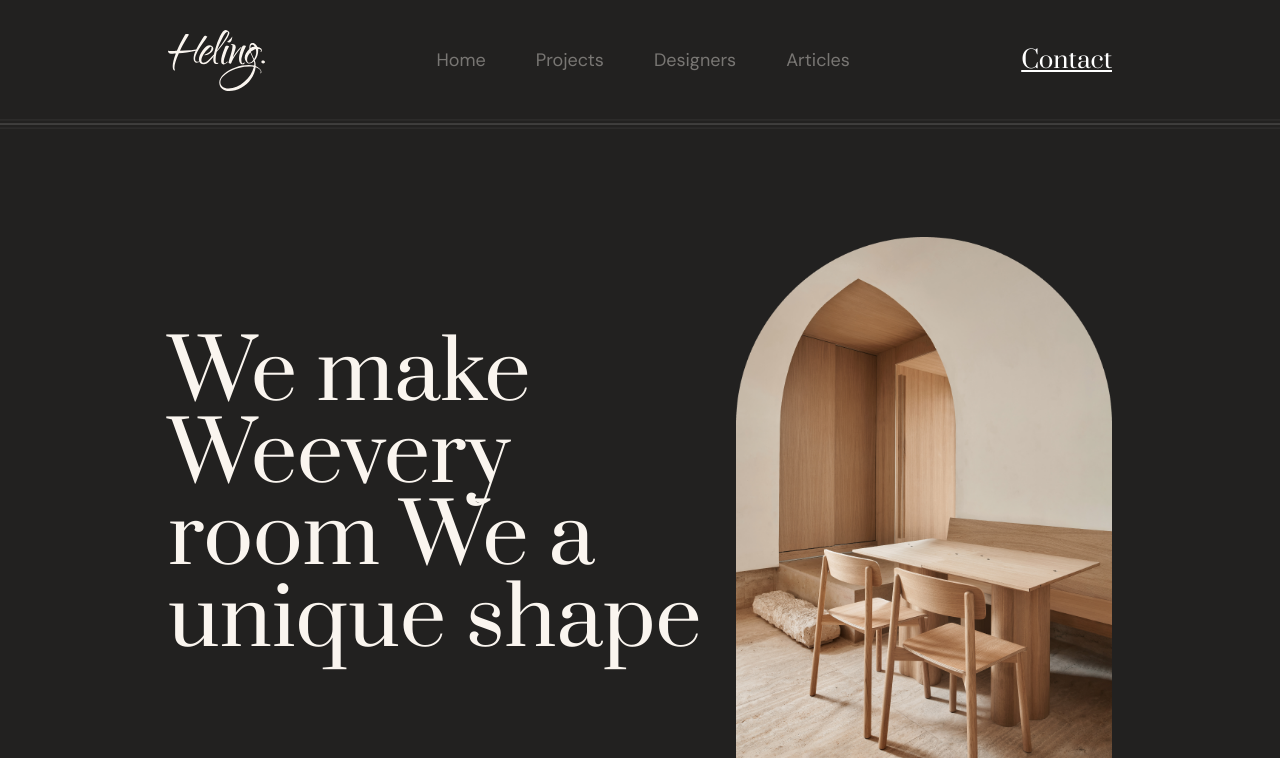
Repository: vandangnhathung/healingui_website
Page: /
These files come from the project's save history. The page is drawn as it stood at one moment and after a run of saves; the edit follows.
The browser window is 1280 px wide. The pictures show the whole page.
The project was rebuilt for these pictures with package versions that can differ from the ones it lists, and the page was loaded fresh each time. Also part of the build but not shown: src/App.css.

Above is the page before, as saved 2022-03-16 13:04:48.

### src/App.js
import "./App.css";
import Container from "./components/Container/Container";
import Header from "./components/Header/Header";
function App() {
  return (
    <div>
      <Header></Header>
      <Container></Container>
    </div>
  );
}

export default App;

### src/components/Container/Container.js
import React from "react";
import styled from "styled-components";
import Image1 from "../../Images/Image1.png";
const Container = () => {
  const StyledContainer = styled.div`
    background-color: #222120;
    @import url("https://fonts.googleapis.com/css2?family=DM+Sans:wght@400;500;700&display=swap");
    font-family: "DM Sans", sans-serif;
    @import url("https://fonts.googleapis.com/css2?family=Prata&display=swap");
  `;
  const Container = styled.div`
    padding: 108px 168px 0;
    display: flex;
    align-items: center;
    justify-content: space-between;
    gap: 0 32px;
  `;
  const Slogan = styled.h2`
    letter-spacing: -2%;
    font-size: 82px;
    line-height: 1;
    font-family: "Prata", serif;
    color: #faf5ef;
    max-width: 724px; ;
  `;
  const Image1Div = styled.img`
    width: auto;
    height: auto;
  `;
  return (
    <StyledContainer>
      <Container>
        <div>
          <Slogan>
            We make <span>We</span>every room <span>We</span> a unique shape
          </Slogan>
        </div>
        <div>
          <Image1Div src={Image1} alt="" />
        </div>
      </Container>
    </StyledContainer>
  );
};

export default Container;

### src/components/Header/Header.js
import React from "react";
import styled from "styled-components";
import headerLine from "../../Images/header-line.png";
const Header = () => {
  const StyledHeader = styled.div`
    background-color: #222120;
    @import url("https://fonts.googleapis.com/css2?family=DM+Sans:wght@400;500;700&display=swap");
    font-family: "DM Sans", sans-serif;
    @import url("https://fonts.googleapis.com/css2?family=Prata&display=swap");
  `;
  const Header = styled.div`
    display: flex;
    justify-content: space-between;
    align-items: center;
    padding: 30px 168px 28px;
  `;
  const ListNav = styled.ul`
    color: #faf5ef;
    opacity: 0.4;
    font-weight: 400;
    font-size: 18px;
    line-height: 0.6;
    display: flex;
    align-items: center;
    list-style: none;
    gap: 0 50px;
  `;
  const ItemNav = styled.li`
    cursor: pointer;
  `;
  const ContactDiv = styled.h3`
    font-family: "Prata", serif;
  `;
  return (
    <StyledHeader>
      <Header>
        <div>
          <svg
            width="97"
            height="61"
            viewBox="0 0 97 61"
            fill="none"
            xmlns="http://www.w3.org/2000/svg"
          >
            <path
              d="M0.241098 20.6943L1.38631 20.9951C5.56534 20.9951 8.05669 20.9349 8.86035 20.8146C11.1106 15.6009 13.8832 10.1667 17.1782 4.51183C17.4595 4.23109 18.1426 4.09073 19.2276 4.09073C20.3125 4.09073 20.855 4.35141 20.855 4.87278L17.9618 9.50493C15.5508 13.5957 13.5618 17.3254 11.9946 20.6943L21.9399 20.213C23.4267 20.1328 25.5162 19.8922 28.2085 19.4911C29.856 16.2827 31.6039 13.2147 33.4523 10.287C35.3008 7.3192 36.4661 5.8353 36.9483 5.8353C37.4305 5.8353 37.9327 5.95562 38.4551 6.19625C39.0177 6.39678 39.299 6.61736 39.299 6.85799C38.8569 7.45956 38.3547 8.14135 37.7921 8.90335C37.2697 9.66535 36.7272 10.4274 36.1647 11.1893C30.1372 19.2104 27.1235 25.1861 27.1235 29.1164C27.1235 30.9211 27.8468 31.8235 29.2934 31.8235L31.3427 31.5227C31.4633 31.5227 31.5236 31.5628 31.5236 31.643C31.5236 31.8435 31.1619 32.0641 30.4386 32.3047C29.7153 32.5855 29.1528 32.7258 28.7509 32.7258C27.8267 32.7258 27.0632 32.3248 26.4605 31.5227C25.8979 30.7206 25.6167 29.7179 25.6167 28.5148C25.6167 26.2288 26.2998 23.6621 27.666 20.8146C21.1563 22.3787 15.5508 23.1607 10.8494 23.1607C7.91605 29.6177 6.44937 34.4303 6.44937 37.5986C6.44937 38.5611 6.56992 39.263 6.81102 39.7041C7.05211 40.1453 7.17266 40.406 7.17266 40.4862C7.17266 40.5664 7.07221 40.6065 6.87129 40.6065C5.4247 40.6065 4.70141 39.1026 4.70141 36.0947C4.70141 33.0868 5.74617 28.8757 7.83568 23.4615C5.50507 23.622 3.87766 23.7022 2.95345 23.7022C0.984483 23.7022 0 22.7597 0 20.8748C0 20.7544 0.0803659 20.6943 0.241098 20.6943Z"
              fill="#FAF5EF"
            />
            <path
              d="M46.2833 24.1834C46.5244 24.1834 46.6449 24.2837 46.6449 24.4842C46.6449 24.6446 46.6047 24.8051 46.5244 24.9655C42.3052 31.1016 38.8092 34.1696 36.0366 34.1696C32.6211 34.1696 30.9133 32.5855 30.9133 29.4172C30.9133 26.9707 32.1188 24.003 34.5297 20.5138C36.9809 17.0247 39.3517 15.2801 41.6421 15.2801C42.6065 15.2801 43.4504 15.6009 44.1737 16.2426C44.9371 16.8442 45.3189 17.5861 45.3189 18.4684C45.3189 19.9924 44.3746 21.4964 42.486 22.9803C40.5974 24.4642 38.7691 25.2061 37.001 25.2061C36.6394 25.2061 36.4585 25.1259 36.4585 24.9655L36.6394 24.6647C41.2604 23.2209 43.5709 20.8547 43.5709 17.5661C43.5709 17.0848 43.4102 16.8442 43.0887 16.8442C42.6065 16.8442 41.8029 17.3054 40.6777 18.2278C38.7088 19.832 37.001 21.8373 35.5544 24.2436C34.1078 26.6499 33.3845 28.6752 33.3845 30.3195C33.3845 31.9638 34.0074 32.786 35.253 32.786C36.6594 32.786 38.2467 32.044 40.0147 30.5602C41.1398 29.5174 42.4458 28.1939 43.9326 26.5897C45.4595 24.9855 46.2431 24.1834 46.2833 24.1834Z"
              fill="#FAF5EF"
            />
            <path
              d="M49.0196 33.0868L49.984 32.786C50.1849 32.786 50.2854 32.8863 50.2854 33.0868C50.2854 33.7285 49.5822 34.0493 48.1758 34.0493C46.247 34.0493 45.2826 32.4451 45.2826 29.2367C45.2826 27.1111 45.9255 23.7423 47.2114 19.1302C48.4973 14.478 50.1247 10.1266 52.0936 6.07593C54.0626 2.02531 55.8307 0 57.3978 0C58.2818 0 59.1658 0.300787 60.0499 0.902364C60.9339 1.46384 61.3759 2.08547 61.3759 2.76726C61.3759 5.65483 57.1165 12.0717 48.5977 22.0177C47.9146 24.9855 47.573 27.5723 47.573 29.7781C47.573 31.9839 48.0552 33.0868 49.0196 33.0868ZM59.9293 2.58678C59.9293 2.10552 59.7887 1.86489 59.5074 1.86489C58.3019 1.86489 56.5539 4.01052 54.2635 8.30177C51.9731 12.5529 50.2251 16.6035 49.0196 20.4536C56.2928 10.9487 59.9293 4.9931 59.9293 2.58678Z"
              fill="#FAF5EF"
            />
            <path
              d="M64.165 6.73767C64.2454 6.73767 64.2856 6.83793 64.2856 7.03846L63.9842 8.78304C63.3814 11.2696 62.4572 12.5128 61.2116 12.5128C60.2873 12.5128 59.5641 12.2722 59.0417 11.7909C60.5686 10.7482 62.2764 9.06377 64.165 6.73767ZM61.0307 16.6035C59.7851 18.7291 58.5997 21.4362 57.4745 24.7248C56.3494 27.9734 55.7869 30.2193 55.7869 31.4625C55.7869 32.7058 56.048 33.3274 56.5704 33.3274C56.9321 33.3274 57.3942 33.1068 57.9567 32.6657C58.5193 32.2245 58.8609 31.9438 58.9814 31.8235C59.102 31.7032 59.2426 31.5828 59.4033 31.4625C59.5641 31.4625 59.6444 31.5427 59.6444 31.7032C59.6444 32.1844 59.0618 32.7459 57.8965 33.3876C56.7713 34.0694 55.9476 34.4103 55.4252 34.4103C53.8983 34.4103 53.1348 33.3074 53.1348 31.1016C53.1348 27.8129 54.3403 23.4214 56.7512 17.927C56.7512 17.7666 56.8517 17.4658 57.0526 17.0247C57.2937 16.5835 57.4745 16.3028 57.5951 16.1824C57.8764 15.9017 58.2581 15.7613 58.7403 15.7613C60.1467 15.7613 60.9102 16.0421 61.0307 16.6035Z"
              fill="#FAF5EF"
            />
            <path
              d="M78.0084 16.3629C78.0084 16.2025 77.9079 16.3028 77.707 16.6637C76.5819 18.7091 75.5773 21.1755 74.6933 24.0631C73.8092 26.9507 73.3672 28.8356 73.3672 29.7179C73.3672 32.1644 73.8092 33.3876 74.6933 33.3876C74.9745 33.3876 75.3362 33.187 75.7782 32.786C76.2604 32.425 76.4613 32.2446 76.381 32.2446C76.5015 32.2446 76.5618 32.405 76.5618 32.7258C76.5618 33.7686 75.959 34.2899 74.7535 34.2899C73.548 34.2899 72.6238 33.7485 71.9809 32.6657C71.338 31.6229 71.0165 30.119 71.0165 28.1538C71.0165 26.1887 71.5389 23.6019 72.5837 20.3935C73.6284 17.145 74.633 15.5207 75.5974 15.5207H75.8988C77.3052 15.5207 78.0084 15.8014 78.0084 16.3629ZM73.307 16.9645C73.3471 17.0046 73.3672 17.0848 73.3672 17.2051C73.3672 17.2853 73.2065 17.526 72.885 17.927C68.5453 23.1808 65.5315 27.6726 63.8439 31.4024L63.3014 32.9665C63.0603 33.4076 62.7589 33.6282 62.3973 33.6282C62.0356 33.6282 61.6338 33.5279 61.1918 33.3274C60.7498 33.1269 60.5288 32.8863 60.5288 32.6055C60.5288 31.9237 61.1918 29.5174 62.5178 25.3866C63.8439 21.2156 64.5069 18.0874 64.5069 16.002C64.5069 15.4405 64.3662 15.0996 64.085 14.9793C63.8037 14.859 63.5224 14.8189 63.2411 14.859C62.9598 14.859 62.8192 14.7587 62.8192 14.5582C62.8192 14.1972 63.1206 14.0168 63.7233 14.0168C66.4156 14.0168 67.7617 15.1197 67.7617 17.3254C67.7617 18.1676 66.7973 21.4362 64.8685 27.1312C66.6366 24.3639 68.3444 21.9776 69.9919 19.9724C71.6394 17.9671 72.7444 16.9645 73.307 16.9645Z"
              fill="#FAF5EF"
            />
            <path
              d="M86.7293 30.3797C87.3321 31.5026 87.6334 33.0066 87.6334 34.8915C87.6334 35.2926 87.6134 35.6736 87.5732 36.0345C89.2207 36.7163 90.5869 37.5986 91.6718 38.6815C92.797 39.7643 93.3595 40.787 93.3595 41.7495C93.3595 42.7521 93.1184 43.2534 92.6362 43.2534C92.5157 43.2534 92.4152 43.1331 92.3349 42.8925C92.6563 42.4513 92.817 42.0302 92.817 41.6292C92.817 40.787 92.2746 39.9448 91.1896 39.1026C90.1047 38.2604 88.9193 37.6387 87.6334 37.2377C87.1512 41.3685 85.6042 45.2587 82.9923 48.9083C80.4206 52.598 77.1658 55.5256 73.2278 57.6913C69.2899 59.8971 65.2515 61 61.1127 61C58.2999 61 55.9692 60.2179 54.1208 58.6538C52.2322 57.0897 51.2879 54.9241 51.2879 52.1568C51.2879 49.4296 52.835 46.6824 55.9291 43.9152C59.0232 41.188 62.8606 39.0223 67.4415 37.4181C71.9822 35.8139 76.4425 35.0118 80.8224 35.0118C82.8718 35.0118 84.6197 35.1923 86.0663 35.5533C86.227 35.072 86.3074 34.6308 86.3074 34.2298C86.3074 32.8662 86.1467 31.9037 85.8252 31.3422C84.2581 32.786 82.8316 33.5079 81.5457 33.5079C80.2599 33.5079 79.1347 32.8863 78.1704 31.643C77.206 30.3997 76.7238 29.0763 76.7238 27.6726C76.7238 24.8652 78.2708 21.9576 81.3649 18.9497C81.3649 16.6637 81.606 15.1197 82.0882 14.3176C82.6106 13.5154 83.5549 13.1144 84.9211 13.1144C86.3275 13.1144 87.8545 14.4379 89.502 17.0848C92.3951 17.6062 93.8417 18.669 93.8417 20.2732C93.8417 20.6341 93.7212 21.0151 93.4801 21.4162C93.2792 21.7771 93.0581 21.9576 92.817 21.9576C92.5759 21.9576 92.4554 21.8774 92.4554 21.717C92.8572 21.4362 93.0581 21.1154 93.0581 20.7544C93.0581 19.5513 92.0938 18.9497 90.165 18.9497C90.2052 19.2705 90.2253 19.6916 90.2253 20.213C90.2253 24.0631 89.0599 27.452 86.7293 30.3797ZM86.6691 16.784C86.1065 15.4605 85.2627 14.7988 84.1375 14.7988C83.0124 14.7988 82.4498 15.8817 82.4498 18.0473V18.1075C83.7759 17.2252 85.0216 16.784 86.1869 16.784H86.6691ZM88.2362 22.0177C88.2362 20.8948 88.0554 19.8922 87.6937 19.0099C87.0106 19.2505 86.0261 19.7117 84.7403 20.3935C83.4946 21.0352 82.8718 21.4964 82.8718 21.7771C82.8718 22.098 83.9366 24.4842 86.0663 28.9359C87.5129 26.8504 88.2362 24.5444 88.2362 22.0177ZM79.0745 29.6578C79.0745 31.7433 79.8781 32.786 81.4854 32.786C82.8918 32.786 84.2179 31.8034 85.4636 29.8383L82.3293 22.3787C81.4854 23.2209 80.722 24.3639 80.0389 25.8077C79.3959 27.2515 79.0745 28.5348 79.0745 29.6578ZM81.8471 36.5759C78.0297 36.5759 74.2726 37.0572 70.5758 38.0197C66.8789 39.0224 63.7246 40.2656 61.1127 41.7495C58.5008 43.2735 56.3912 44.9379 54.7838 46.7426C53.1765 48.5473 52.3729 50.3721 52.3729 52.217C52.3729 54.1019 53.0962 55.6058 54.5428 56.7288C55.9492 57.8918 57.9382 58.4734 60.5099 58.4734C66.0552 58.4734 71.3192 56.2676 76.3018 51.856C81.2443 47.4845 84.4188 42.4914 85.8252 36.8767C84.8608 36.6762 83.5348 36.5759 81.8471 36.5759Z"
              fill="#FAF5EF"
            />
            <path
              d="M95.1315 30.5C95.6137 30.5 96.0356 30.6604 96.3973 30.9813C96.7991 31.262 97 31.5828 97 31.9438C97 32.3448 96.7991 32.6857 96.3973 32.9665C96.0356 33.2472 95.674 33.3876 95.3123 33.3876C94.0265 33.3876 93.3835 32.8462 93.3835 31.7633C93.3835 30.9211 93.9662 30.5 95.1315 30.5Z"
              fill="#FAF5EF"
            />
          </svg>
        </div>
        <ListNav>
          <ItemNav>Home</ItemNav>
          <ItemNav>Projects</ItemNav>
          <ItemNav>Designers</ItemNav>
          <ItemNav>Articles</ItemNav>
        </ListNav>
        <ContactDiv className="text-2xl leading-7 text-white underline">
          Contact
        </ContactDiv>
      </Header>
      <img src={headerLine} alt="" />
    </StyledHeader>
  );
};

export default Header;

Loaded but not shown: public/index.html (common file); src/index.js (common file); src/index.css (common file); src/reportWebVitals.js (common file); tailwind.config.js (common file)

After the next 3 saves:
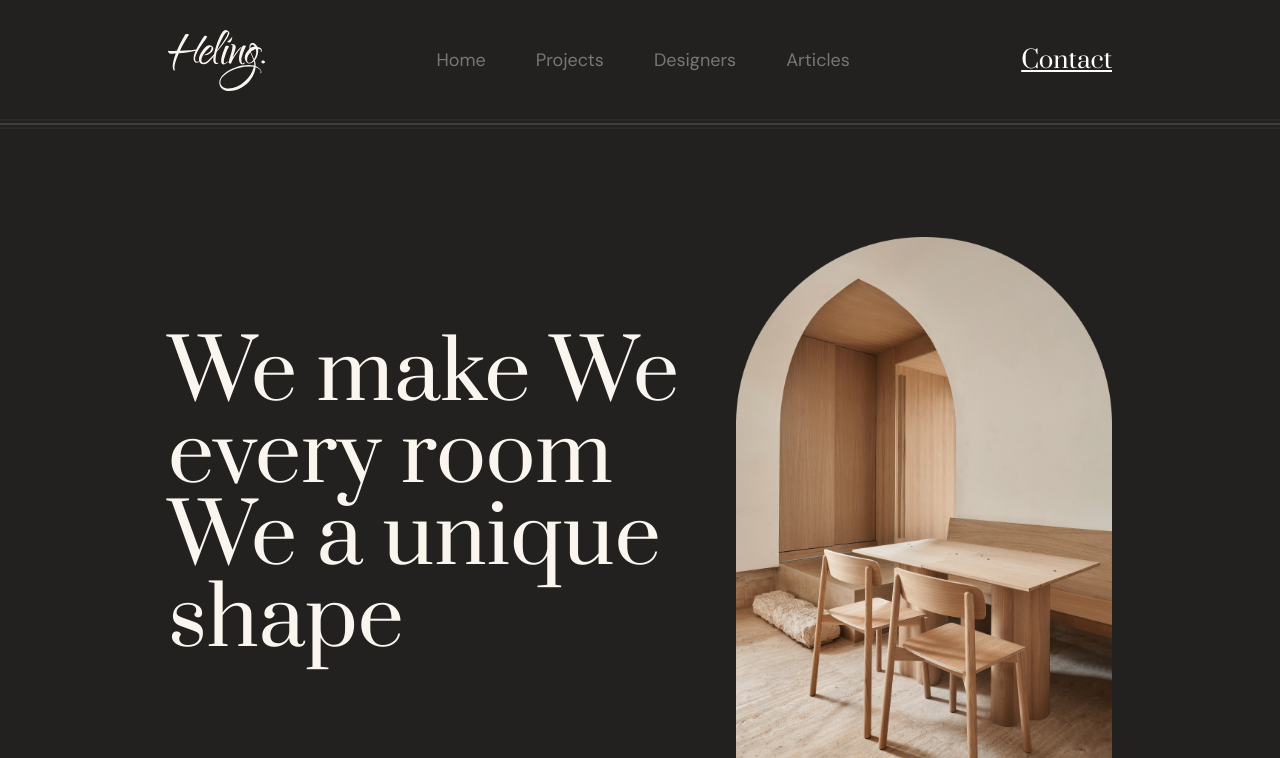
The 3 saves are shown as one change because they came seconds apart.
The last was saved 14 s later.
--- a/src/components/Container/Container.js
+++ b/src/components/Container/Container.js
@@ -32,7 +32,7 @@
       <Container>
         <div>
           <Slogan>
-            We make <span>We</span>every room <span>We</span> a unique shape
+            We make <span>We</span> every room <span>We</span> a unique shape
           </Slogan>
         </div>
         <div>

After the save that followed:
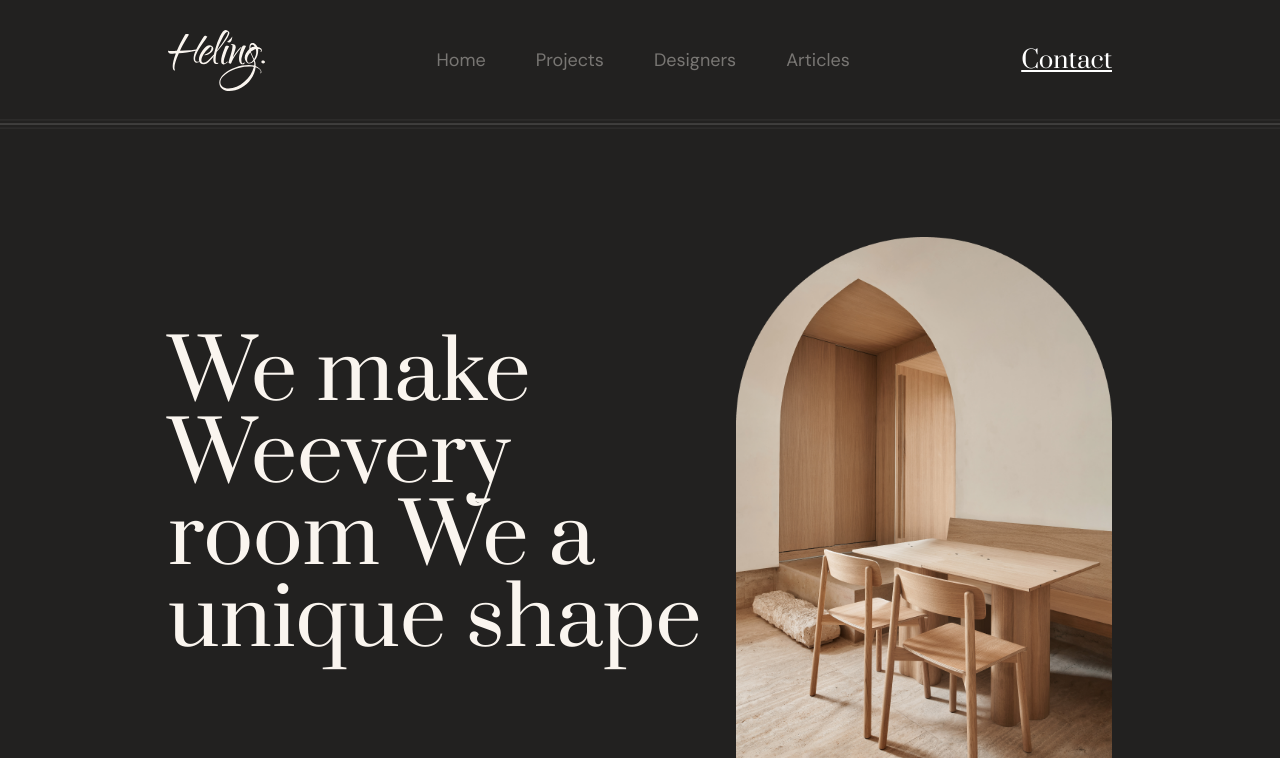
Saved 4 s later.
--- a/src/components/Container/Container.js
+++ b/src/components/Container/Container.js
@@ -32,7 +32,7 @@
       <Container>
         <div>
           <Slogan>
-            We make <span>We</span> every room <span>We</span> a unique shape
+            We make <span>We</span>every room <span>We</span> a unique shape
           </Slogan>
         </div>
         <div>
